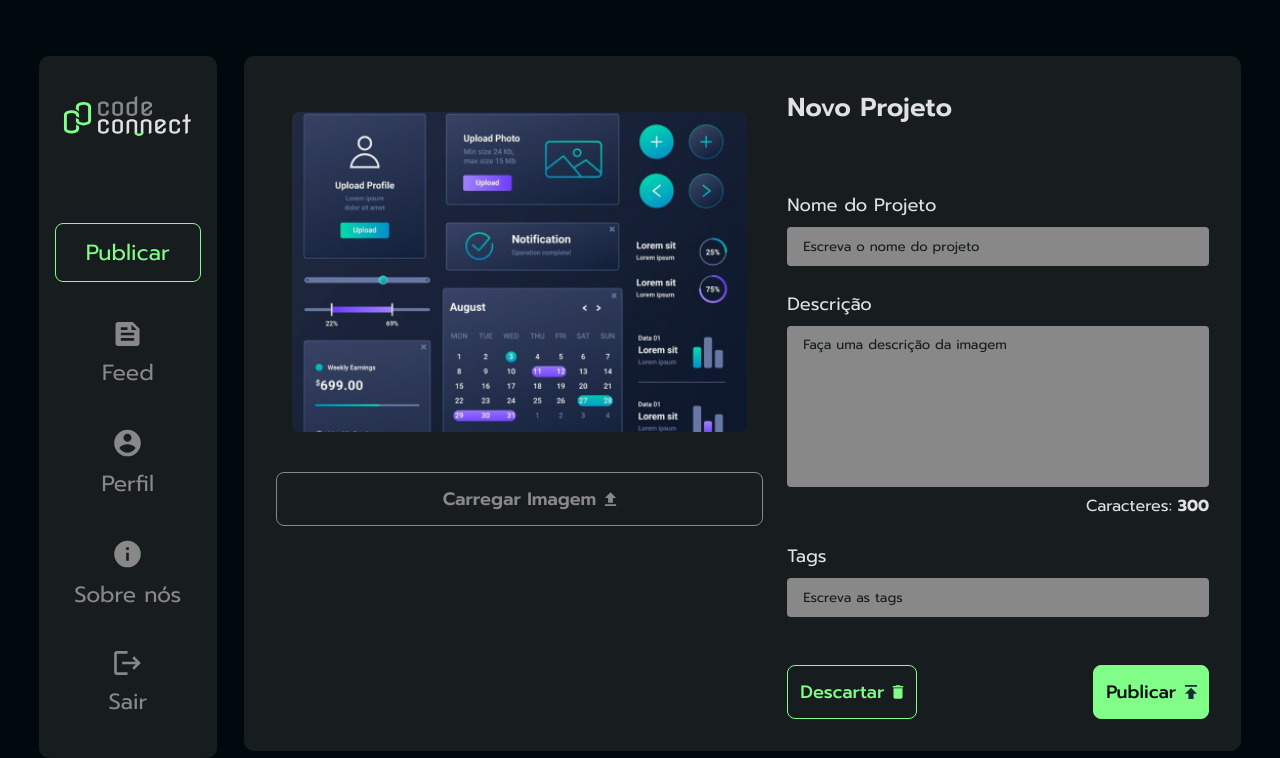
Repository: joaoPraiaJunior/async_await
Page: index.html
The author's editor kept a copy of each file at every save. The page is drawn from the files as they stood at one save, then again after the next save.
The browser window is 1280 px wide. The pictures show the whole page.

Above is the page before, as saved 2024-08-29 20:42:42.

### index.html
<!DOCTYPE html>
<html lang="pt-BR" dir="ltr">

<head>
    <meta charset="UTF-8">
    <meta name="viewport" content="width=device-width, initial-scale=1.0">
    <meta name="description" content="Projeto Async Await">
    <link rel="preconnect" href="https://fonts.googleapis.com">
    <link rel="preconnect" href="https://fonts.gstatic.com" crossorigin>
    <link href="https://fonts.googleapis.com/css2?family=Prompt:ital,wght@0,100;0,200;0,300;0,400;0,500;0,600;0,700;0,800;0,900;1,100;1,200;1,300;1,400;1,500;1,600;1,700;1,800;1,900&display=swap" rel="stylesheet">
    <link rel="stylesheet" href="./css/styles.css">
    <title>CodeConnect</title>
</head>

<body>
    <aside class="l-lateral">
        <figure><img src="./img/Logo.svg" alt="Logo do codeconnect"></figure>
        <nav class="c-menu">
            <ul class="c-menu__lista">
                <li class="c-menu__item"><a href="#" class="c-menu__link">Publicar</a></li>
                <li class="c-menu__item"><a href="#" class="c-menu__link"><img src="./img/feed.svg" aria-hidden="true" alt>Feed</a></li>
                <li class="c-menu__item"><a href="#" class="c-menu__link"><img src="./img/account_circle.svg" aria-hidden="true" alt>Perfil</a></li>
                <li class="c-menu__item"><a href="#" class="c-menu__link"><img src="./img/info.svg" aria-hidden="true" alt>Sobre nós</a></li>
                <li class="c-menu__item"><a href="#" class="c-menu__link"><img src="./img/logout.svg" aria-hidden="true" alt>Sair</a></li>
            </ul>
        </nav>
    </aside>

    <main class="l-principal">
        <div class="c-upload-imagem">
            <div class="c-upload-imagem__container">
                <figure class="c-upload-imagem__publicacao">
                    <img src="./img/imagem1.png" data-js="imagem" alt>
                </figure>
            </div>
            <button class="c-upload-imagem__botao" aria-label="carregar imagem" data-js="upload-de-imagem" aria-label="carregar-imagem">Carregar Imagem</button>
            <input type="file" name="imagem" id="imagem" accept="image/*" aria-hidden="true" style="display:none" data-js="input-upload-imagem">
            <div class="c-upload-imagem__descricao" data-js="descricao-da-imagem">

            </div>
            <div class="c-upload-imagem__mensagem-erro">
                <p data-js="mensagem-de-erro" aria-hidden="true"></p>
            </div>
        </div>

        <div class="c-formulario">
            <h1 class="c-formulario__titulo">Novo Projeto</h1>
            <form class="c-formulario__acoes" data-js="formulario">

                <div class="c-formulario__grupo">
                    <label for="projeto">Nome do Projeto</label>
                    <input type="text" name="projeto" id="projeto" placeholder="Escreva o nome do projeto">
                </div>
                <div class="c-formulario__grupo">
                    <label for="descricao">Descrição</label>
                    <textarea name="descricao" id="descricao" placeholder="Faça uma descrição da imagem" maxlength="300" data-js="area-de-texto"></textarea>
                    <p class="c-formulario__contador">Caracteres: <strong data-js="contador-de-caracteres">300</strong></p>
                </div>

                <div class="c-formulario__grupo">
                    <label for="tags">Tags</label>
                    <input type="text" name="tags" id="tags" placeholder="Escreva as tags" data-js="input-tags">
                </div>

                <ul class="c-formulario__lista" data-js="formulario-lista-tags">
                </ul>

                <div class="c-formulario__botoes">
                    <button type="reset" class="c-formulario__botao c-formulario__botao--descartar" data-js="botao-excluir-dados-formulario">Descartar</button>
                    <button type="submit" class="c-formulario__botao c-formulario__botao--salvar">Publicar</button>
                </div>
            </form>
        </div>
    </main>

    <script type="module" src="./js/scripts.js"></script>
</body>

</html>

### css/styles.css
:root {
  /* Cores */
  --background-color: #00090e;
  --cor-do-texto: #e1e1e1;
  --cor-primaria: #81fe88;
  --cor-secundaria: #888888;
  --cor-da-tag: #171d1f;
  --componentes-do-background: #171d1f;

  /* Fontes */
  --fonte-padrao: "Prompt", sans-serif;
}

* {
  margin: 0;
  padding: 0;
  box-sizing: border-box;
}

html {
  font-size: 62.5%;
}

body {
  display: flex;
  justify-content: center;
  align-items: start;
  gap: 2.7rem;
  font-family: var(--fonte-padrao);
  font-size: 1.6rem;
  background-color: var(--background-color);
  color: var(--cor-do-texto);
  padding: 5.6rem 0;
  height: 100vh;
}

.l-lateral {
  text-align: center;
  background-color: var(--componentes-do-background);
  border-radius: 1rem;
  padding: 4rem 1.6rem;
}

.c-menu__lista {
  display: flex;
  flex-direction: column;
  align-items: center;
  gap: 4rem;
  margin-top: 8rem;
  list-style-type: none;
}

.c-menu__link {
  display: flex;
  flex-direction: column;
  align-items: center;
  gap: 1rem;
  font-size: 2.2rem;
  text-decoration: none;
  color: var(--cor-secundaria);
}

.c-menu__lista li:first-of-type a {
  color: var(--cor-primaria);
  border: 0.1rem solid var(--cor-primaria);
  border-radius: 0.8rem;
  padding: 1.2rem 3rem;
}

.l-principal {
  display: flex;
  gap: 2.4rem;
  background-color: var(--componentes-do-background);
  border-radius: 1rem;
  padding: 3.2rem;
}

.c-formulario {
  display: flex;
  flex-direction: column;
  gap: 2.4rem;
  width: 42.2rem;
}

.c-formulario__titulo {
  font-size: 2.6rem;
  font-weight: 600;
  margin-bottom: 4rem;
}

.c-formulario__acoes {
  display: flex;
  flex-direction: column;
  gap: 2.4rem;
}

.c-formulario__grupo label {
  display: block;
  font-size: 1.8rem;
  font-weight: 400;
  margin-bottom: 0.8rem;
  cursor: pointer;
}

.c-formulario__grupo input,
textarea {
  background-color: var(--cor-secundaria);
  font-family: var(--fonte-padrao);
  line-height: 2.25rem;
  border: none;
  border-radius: 0.4rem;
  padding: 0.8rem 1.6rem;
  width: 100%;
}

.c-formulario__grupo textarea {
  resize: none;
  height: 16.1rem;
}

.c-formulario__grupo input {
  height: 3.9rem;
}

.c-formulario__grupo input::placeholder, textarea::placeholder {
  color: var(--componentes-do-background);
}

.c-formulario__grupo label {
  cursor: pointer;
}

.c-formulario__lista {
  display: flex;
  gap: 1.0rem;
  flex-wrap: wrap;
  list-style-type: none;
}

.c-formulario__lista-tags {
  display: flex;
  gap: 1rem;
  color: var(--cor-da-tag);
  background-color: var(--cor-secundaria);
  border-radius: 0.4rem;
  padding: 0.4rem 0.8rem;
  cursor: pointer;
}

.c-formulario__botoes {
  display: flex;
  justify-content: space-between;
  gap: 2.4rem;
}

.c-formulario__botao {
  font-family: var(--fonte-padrao);
  font-size: 1.8rem;
  font-weight: 500;
  text-align: center;
  border-radius: 0.8rem;
  padding: 1.2rem 3.2rem 1.2rem 1.2rem;
  cursor: pointer;
}

.c-formulario__botao--descartar,
.c-formulario__botao--salvar {
  position: relative;
}

.c-formulario__botao--descartar {
  color: var(--cor-primaria);
  background-color: var(--componentes-do-background);
  border: 0.1rem solid var(--cor-primaria);
}

.c-formulario__botao--salvar {
  color: var(--background-color);
  background-color: var(--cor-primaria);
  border: 0.1rem solid var(--cor-primaria);
}

.c-formulario__botao--descartar::after,
.c-formulario__botao--salvar::after,
.c-upload-imagem__botao::after {
  content: "";
  display: inline-block;
  position: absolute;
  top: 50%;
  background-size: contain;
  background-repeat: no-repeat;
  margin-left: 0.8rem;
  width: 1.5rem;
  height: 1.5rem;
  transform: translateY(-50%);
}

.c-formulario__botao--descartar::after {
  background-image: url("../img/trash.svg");
}

.c-formulario__botao--salvar::after {
  background-image: url("../img/arrow_forward2.svg");
}

.c-upload-imagem__botao::after {
  background-image: url("../img/upload.svg");
}

.c-formulario__contador {
  text-align: right;
}

.c-upload-imagem__publicacao {
  background-color: var(--secundary-color);
  border-radius: 0.8rem;
  padding: 2.4rem 1.6rem;
  height: 36.8rem;
}

.c-upload-imagem__publicacao img {
  border-radius: 0.8rem;
  object-fit: cover;
  height: 100%;
}

.c-upload-imagem__botao {
  position: relative;
  color: var(--cor-secundaria);
  background-color: var(--componentes-do-background);
  font-family: var(--fonte-padrao);
  font-size: 1.8rem;
  font-weight: 600;
  text-align: center;
  margin: 1.6rem 0 0.8rem 0;
  border: 0.1rem solid var(--cor-secundaria);
  border-radius: 0.8rem;
  padding: 1.2rem;
  width: 100%;
  cursor: pointer;
}

.c-upload-imagem__descricao {
  display: flex;
  gap: 0.8rem;
  color: var(--secundary-color);
  font-size: 1.5rem;
}

.c-upload-imagem__descricao img {
  cursor: pointer;
}

.c-upload-imagem__mensagem-erro {
  margin-top: 1.5rem;
}


.piscar {
  animation: piscar 1.5s infinite;
}

@keyframes piscar {
  0% {
    opacity: 1;
  }
  50% {
    opacity: 0.5;
  }
  100% {
    opacity: 1;
  }
}

.c-botao {
  position: relative;
  background-color: transparent;
  border: none;
  width: .9rem;
  height: 2.2rem;
  cursor: pointer;
}

.c-botao::after {
  content: "";
  position: absolute;
  top: 50%;
  display: inline-block;
  background-size: contain;
  background-repeat: no-repeat;
  width: .9rem;
  height: .9rem;
  transform: translate(-50%, -50%);
}

.c-botao--excluir::after {
  background-image: url("../img/close-black.svg");
}

.c-botao--fechar::after {
  background-image: url("../img/close.svg");
}

### js/modulos/contadorDeCaracteres.js
function contadorDeCaracteres() {

    const elementos = {
        areaDeTexto: '[data-js="area-de-texto"]',
        contador: '[data-js="contador-de-caracteres"]',
    }

    const areaDeTexto = document.querySelector(elementos.areaDeTexto);
    const contador = document.querySelector(elementos.contador);
    const limiteDeCaracteres = areaDeTexto.getAttribute('maxlength');

    contador.textContent = parseInt(limiteDeCaracteres) - parseInt(areaDeTexto.value.length);
}

export default contadorDeCaracteres;

### js/modulos/criarTagsDoProjeto.js
import exibirTagsDisponiveis from './exibirTagsDisponiveis.js';
import manipularMensagemDeErro from './manipularMensagemDeErro.js';

async function criarTagsDoProjeto(evento) {

    const elementos = {
        inputTags: '[data-js="input-tags"]',
        formularioListaTags: '[data-js="formulario-lista-tags"]',
    }

    const inputTags = document.querySelector(elementos.inputTags);
    const formularioListaTags = document.querySelector(elementos.formularioListaTags);
    const tecla = evento.key;

    if (tecla === 'Enter') {
        evento.preventDefault();
        const nomeDaTag = evento.target.value.trim();
        if (nomeDaTag !== '') {
            try {
                const tagJaExiste = await exibirTagsDisponiveis(nomeDaTag);
                if (tagJaExiste) {
                    const li = document.createElement('li');
                    const p = document.createElement('p');
                    const botao = document.createElement('button');
                    li.classList.add('c-formulario__lista-tags');
                    botao.classList.add('c-botao', 'c-botao--excluir');
                    botao.setAttribute('aria-label', 'Excluir tag');
                    botao.setAttribute('type', 'button');
                    botao.dataset.js = 'botao-excluir-tag';
                    p.textContent = tagJaExiste;
                    li.appendChild(p);
                    li.appendChild(botao);
                    formularioListaTags.appendChild(li);
                    inputTags.value = '';
                } else {
                    manipularMensagemDeErro('Tag não encontrada');
                    inputTags.value = '';
                }
            } catch (erro) {
                manipularMensagemDeErro('Erro ao criar tag', erro);
            }
        }
    }
}

export default criarTagsDoProjeto;

### js/modulos/descartarDadosDoFormulario.js
import elementosQueResetamFormulario from './elementosQueResetamFormulario.js';

function descartarDadosDoFormulario(evento) {
    evento.preventDefault();
    elementosQueResetamFormulario();
}

export default descartarDadosDoFormulario;

### js/modulos/enviarDados.js
import manipularMensagemDeErro from './manipularMensagemDeErro.js';
import publicarDadosDoProjeto from './publicarDadosDoProjeto.js';

async function enviarDados(evento) {

    const elementos = {
        formularioListaTags: '[data-js="formulario-lista-tags"]',
        formulario: '[data-js="formulario"]',
        inputUploadImagem: '[data-js="input-upload-imagem"]',
    }

    const formularioListaTags = document.querySelector(elementos.formularioListaTags);
    const formulario = document.querySelector(elementos.formulario);
    const inputUploadImagem = document.querySelector(elementos.inputUploadImagem);

    evento.preventDefault();

    const nomeDoProjeto = formulario.projeto;
    const descricaoDoProjeto = formulario.descricao;
    const tags = Array.from(formularioListaTags.children).map(tag => tag.querySelector('p').textContent);
    const imagemDoProjeto = inputUploadImagem;

    try {
        const mensagem = await publicarDadosDoProjeto({nomeDoProjeto, descricaoDoProjeto, tags, imagemDoProjeto});
        manipularMensagemDeErro(mensagem);
    } catch (erro) {
        manipularMensagemDeErro(erro);
    }
}

export default enviarDados;

### js/modulos/excluirImagemApresentada.js
function excluirImagemApresentada(evento) {

    const elementos = {
        imagem: '[data-js="imagem"]',
        descricaoDaImagem: '[data-js="descricao-da-imagem"]',
        inputUploadDeImagem: '[data-js="input-upload-imagem"]',
        uploadDeImagem: '[data-js="upload-de-imagem"]',
    }

    const imagem = document.querySelector(elementos.imagem);
    const descricaoDaImagem = document.querySelector(elementos.descricaoDaImagem);
    const inputUploadDeImagem = document.querySelector(elementos.inputUploadDeImagem);
    const uploadDeImagem = document.querySelector(elementos.uploadDeImagem);
    const botaoExcluir = evento.target.closest('[data-js="botao-excluir-imagem"]');

    if(botaoExcluir){
        imagem.src = './img/imagem1.png';
        descricaoDaImagem.innerHTML = '';
        inputUploadDeImagem.value = ''
        uploadDeImagem.focus();
    }
}

export default excluirImagemApresentada;

### js/modulos/excluirTag.js

function excluirTag(evento) {

    const elementos = {
        formularioListaTags: '[data-js="formulario-lista-tags"]',
    }

    const formularioListaTags = document.querySelector(elementos.formularioListaTags);
    const botaoExcluir = evento.target.closest('[data-js="botao-excluir-tag"]');

    if (botaoExcluir) {
        const tagEscolhida = botaoExcluir.parentElement;
        formularioListaTags.removeChild(tagEscolhida);
    }
}

export default excluirTag;

### js/modulos/uploadDeImagem.js
import descricaoDaImagemEscolhida from './descricaoDaImagemEscolhida.js';
import lerConteudoDoArquivo from './lerConteudoDoArquivo.js';
import manipularMensagemDeErro from './manipularMensagemDeErro.js';

async function uploadDeImagem(evento) {

    const elementos = {
        imagem: '[data-js="imagem"]',
        descricaoDaImagem: '[data-js="descricao-da-imagem"]',
    }

    const imagem = document.querySelector(elementos.imagem);
    const descricaoDaImagem = document.querySelector(elementos.descricaoDaImagem);
    const arquivo = evento.target.files[0];

    if (!arquivo) {

        manipularMensagemDeErro('Nenhum arquivo selecionado.');
        return;

    } else {

        try {
            const conteudoDoArquivo = await lerConteudoDoArquivo(arquivo);
            imagem.src = conteudoDoArquivo.url;
            descricaoDaImagem.innerHTML = descricaoDaImagemEscolhida(arquivo.name);
            manipularMensagemDeErro(null); // Limpa a mensagem

        } catch (erro) {

            manipularMensagemDeErro(erro); // Exibe o erro
        }

    }
}

export default uploadDeImagem;

### js/modulos/exibirTagsDisponiveis.js
import barraDeProgresso from "./barraDeProgresso.js";


let contador = 0;

function exibirTagsDisponiveis(tagTexto) {

    const tagsDisponiveis = [
        "Front-end",
        "Programação",
        "Data Science",
        "Full-stack",
        "HTML",
        "CSS",
        "JavaScript",
        "React",
        "Angular",
        "Vue",
        "Back-end",
    ];

    return new Promise((resolve) => {

        setTimeout(() => {
            resolve(tagsDisponiveis.find(tag => tagTexto.toLowerCase() === tag.toLowerCase()));
            barraDeProgresso(contador);
        }, 1000);

    });
}

export default exibirTagsDisponiveis;

### js/modulos/manipularMensagemDeErro.js

let ajustarAnimacao = null;

function manipularMensagemDeErro(erro) {

    const elementos = {
        mensagemDeErro: '[data-js="mensagem-de-erro"]',
    }

    const mensagemDeErro = document.querySelector(elementos.mensagemDeErro);

    if (erro) {
        mensagemDeErro.textContent = erro;
        mensagemDeErro.classList.add('piscar');
        mensagemDeErro.setAttribute('aria-hidden', false);
        mensagemDeErro.setAttribute('role', 'alert');
        mensagemDeErro.setAttribute('tabindex', 0); // Para que o leitor de tela leia a mensagem
        pararAnimacao();
        animacao();
    } else {
        mensagemDeErro.textContent = '';
    }

    function animacao() {
        ajustarAnimacao = setTimeout(() => {
            mensagemDeErro.textContent = '';
            mensagemDeErro.classList.remove('piscar');
            mensagemDeErro.setAttribute('aria-hidden', true);
            mensagemDeErro.removeAttribute('role');
            mensagemDeErro.removeAttribute('tabindex');
        }, 15000);
    }

    function pararAnimacao() {
        if (ajustarAnimacao) {
            clearTimeout(ajustarAnimacao);
            ajustarAnimacao = null;
        }
    }
}



export default manipularMensagemDeErro

### js/modulos/elementosQueResetamFormulario.js

function elementosQueResetamFormulario() {

    const elementos = {
        imagem: '[data-js="imagem"]',
        descricaoDaImagem: '[data-js="descricao-da-imagem"]',
        formularioListaTags: '[data-js="formulario-lista-tags"]',
        formulario: '[data-js="formulario"]',
        inputUploadDeImagem: '[data-js="input-upload-imagem"]',
    }

    const imagem = document.querySelector(elementos.imagem);
    const descricaoDaImagem = document.querySelector(elementos.descricaoDaImagem);
    const formulario = document.querySelector(elementos.formulario);
    const formularioListaTags = document.querySelector(elementos.formularioListaTags);
    const inputUploadDeImagem = document.querySelector(elementos.inputUploadDeImagem);


    formulario.reset();
    imagem.src = './img/imagem1.png';
    descricaoDaImagem.innerHTML = '';
    formularioListaTags.innerHTML = '';
    inputUploadDeImagem.value = '';
}


export default elementosQueResetamFormulario;

### js/modulos/publicarDadosDoProjeto.js
import dadosNoLocalStorage from './dadosNoLocalStorage.js';
import validaDadosFormulario from './validaDadosFormulario.js';

async function publicarDadosDoProjeto(dados) {


    return new Promise((resolve, reject) => {
        setTimeout(() => {
            const erroDados = validaDadosFormulario(dados);

            if (erroDados) {
                return reject(erroDados);
            }

            const envio = dadosNoLocalStorage(dados);

            if (envio) {
                resolve('Projeto publicado com sucesso');

            } else {
                reject('Erro ao publicar projeto');
            }
        }, 2000);

    });
}

export default publicarDadosDoProjeto;

### js/modulos/descricaoDaImagemEscolhida.js
function descricaoDaImagemEscolhida(nomeDaImagem) {

    const paragrafo = document.createElement('p');
    paragrafo.textContent = nomeDaImagem;
    const botao = document.createElement('button');
    botao.classList.add('c-botao', 'c-botao--fechar');
    botao.setAttribute('aria-label', 'Exluir imagem');
    botao.setAttribute('type', 'button');
    botao.dataset.js = 'botao-excluir-imagem';

    return `${paragrafo.outerHTML} ${botao.outerHTML}`;

}

export default descricaoDaImagemEscolhida;

### js/modulos/lerConteudoDoArquivo.js

import validaImagem from './validaImagem.js';

function lerConteudoDoArquivo(arquivo) {

    return new Promise((resolve, reject) => {
        const leitor = new FileReader();
        leitor.onload = () => {

            const erro = validaImagem(arquivo)

            if (erro) {
                return reject(erro);
            }

            resolve({ url: leitor.result, nome: arquivo.name });
        }

        leitor.onerror = () => {
            reject(`Erro na leitura do arquivo ${arquivo.name}`);
        }

        leitor.readAsDataURL(arquivo);
    });
}

export default lerConteudoDoArquivo;

### js/modulos/barraDeProgresso.js
function barraDeProgresso(contador) {
    console.log(`Progresso: ${contador + 1 * 100}%`);
}

export default barraDeProgresso;

### js/modulos/dadosNoLocalStorage.js
import elementosQueResetamFormulario from './elementosQueResetamFormulario.js';
import lerConteudoDoArquivo from './lerConteudoDoArquivo.js';

async function dadosNoLocalStorage(dados) {

    const projetoNoLOcalStorage = JSON.parse(localStorage.getItem('Projeto')) || [];

    const { nomeDoProjeto, descricaoDoProjeto, tags, imagemDoProjeto } = dados;



    const imagem = await lerConteudoDoArquivo(imagemDoProjeto.files[0]);
    const nomeDaImagem = imagem.nome;
    const urlDaImagem = imagem.url;

    const dadosDoProjeto = {
        nomeDoProjeto: nomeDoProjeto.value,
        descricaoDoProjeto: descricaoDoProjeto.value,
        tags: tags,
        urlDaImagem: urlDaImagem,
        nomeDaImagem: nomeDaImagem
    };

    projetoNoLOcalStorage.push(dadosDoProjeto);

    localStorage.setItem('Projeto', JSON.stringify(projetoNoLOcalStorage));

    elementosQueResetamFormulario();
}

export default dadosNoLocalStorage;

### js/modulos/validaDadosFormulario.js
import validaInputFile from "./validaInputFile.js";
import validaInputs from "./validaInputs.js";
import verificaListaDeTags from "./verificaListaDeTags.js";


function validaDadosFormulario(dados) {

    const {nomeDoProjeto, descricaoDoProjeto, tags, imagemDoProjeto} = dados;

    if(!validaInputFile(imagemDoProjeto)) {
        return 'Adicione uma imagem ao projeto';
    }

    if(!validaInputs(nomeDoProjeto, descricaoDoProjeto)) {
        return 'Verifique se os campos Nome do Projeto e Descrição estão preenchidos';
    }

    if(!verificaListaDeTags(tags)) {
        return 'Adicione pelo menos uma tag';
    }

    return null; // Se erro.
}

export default validaDadosFormulario;

### js/modulos/validaImagem.js
import validaExtensaoDaImagem from './validaExtensaoDaImagem.js';
import validaTamanhoDaImagem from './validaTamanhoDaImagem.js';

function validaImagem(arquivo) {

    if (!validaExtensaoDaImagem(arquivo)) {
        return 'Extensão não permitida. Por favor, envie uma imagem no formato JPEG, PNG, JPG ou GIF';
    }

    if (!validaTamanhoDaImagem(arquivo)) {
        return 'Tamanho da imagem não permitido. Por favor, envie uma imagem de até 2MB';
    }

    return null; // Sem erro
}

export default validaImagem;

### js/modulos/validaInputFile.js
function validaInputFile(imagemDoProjeto) {
    if(imagemDoProjeto.files.length === 0) {
        return false;
    }

    return true;
}

export default validaInputFile;

### js/modulos/validaInputs.js
function validaInputs(nomeDoProjeto, descricaoDoProjeto) {

    if(!nomeDoProjeto.value || !descricaoDoProjeto.value) {
        return false;
    }

    return true;
}

export default validaInputs;

### js/modulos/verificaListaDeTags.js


function verificaListaDeTags(tags) {
    if(tags.length === 0 || !Array.isArray(tags)) {
        return false;
    }

    return true;
}

export default verificaListaDeTags;

### js/modulos/validaExtensaoDaImagem.js
function validaExtensaoDaImagem(arquivo) {

    const extensoesPermitidas = ['image/jpeg', 'image/png', 'image/jpg', 'image/gif'];
    return extensoesPermitidas.includes(arquivo.type);
}

export default validaExtensaoDaImagem;

### js/modulos/validaTamanhoDaImagem.js
function validaTamanhoDaImagem(arquivo) {

    const tamanhoPermitidoDoisMB = 1024 * 1024 * 2;
    return arquivo.size <= tamanhoPermitidoDoisMB;
}

export default validaTamanhoDaImagem;

Loaded but not shown: js/scripts.js (48 lines, source omitted)

After the next save:
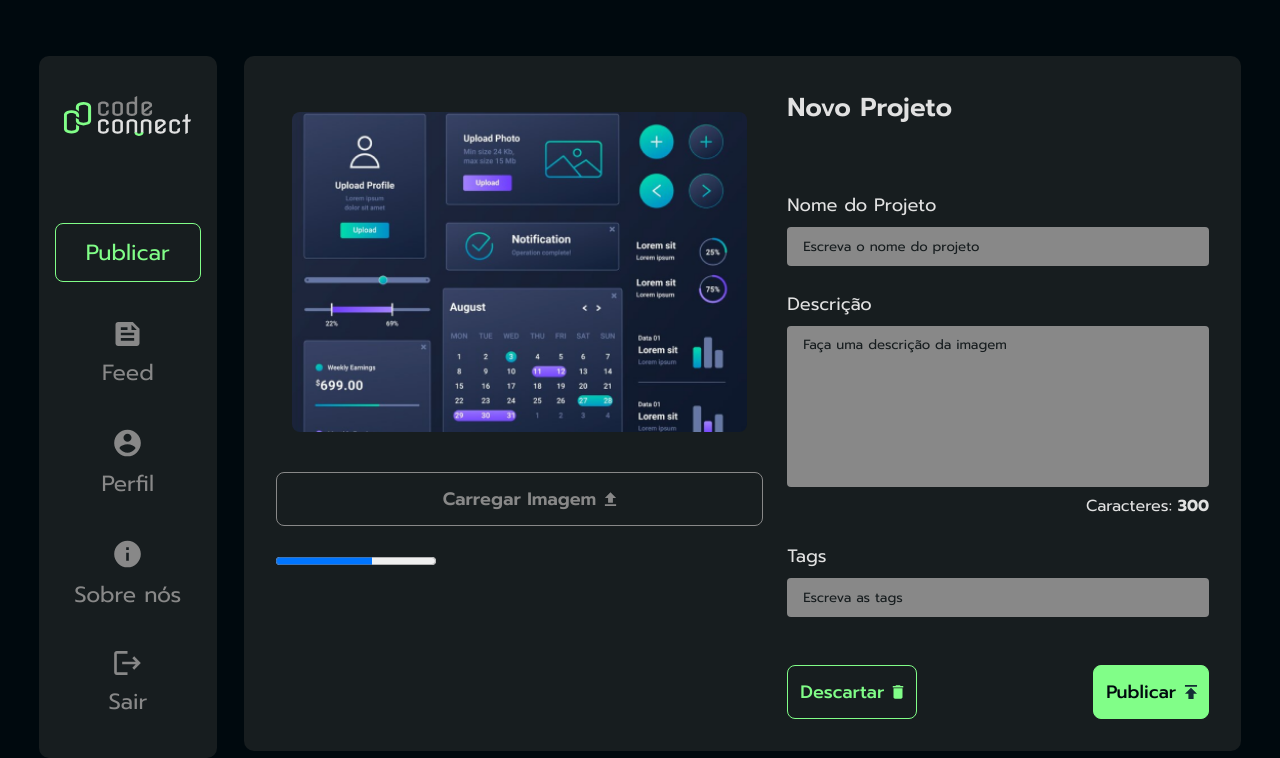
Saved 5 min 0 s later.
--- a/index.html
+++ b/index.html
@@ -41,6 +41,9 @@
             <div class="c-upload-imagem__mensagem-erro">
                 <p data-js="mensagem-de-erro" aria-hidden="true"></p>
             </div>
+            <div class="c-barra-de-progresso">
+                <progress class="c-barra-de-progresso__progresso" id="file" value="60" max="100"></progress>
+            </div>
         </div>
 
         <div class="c-formulario">
